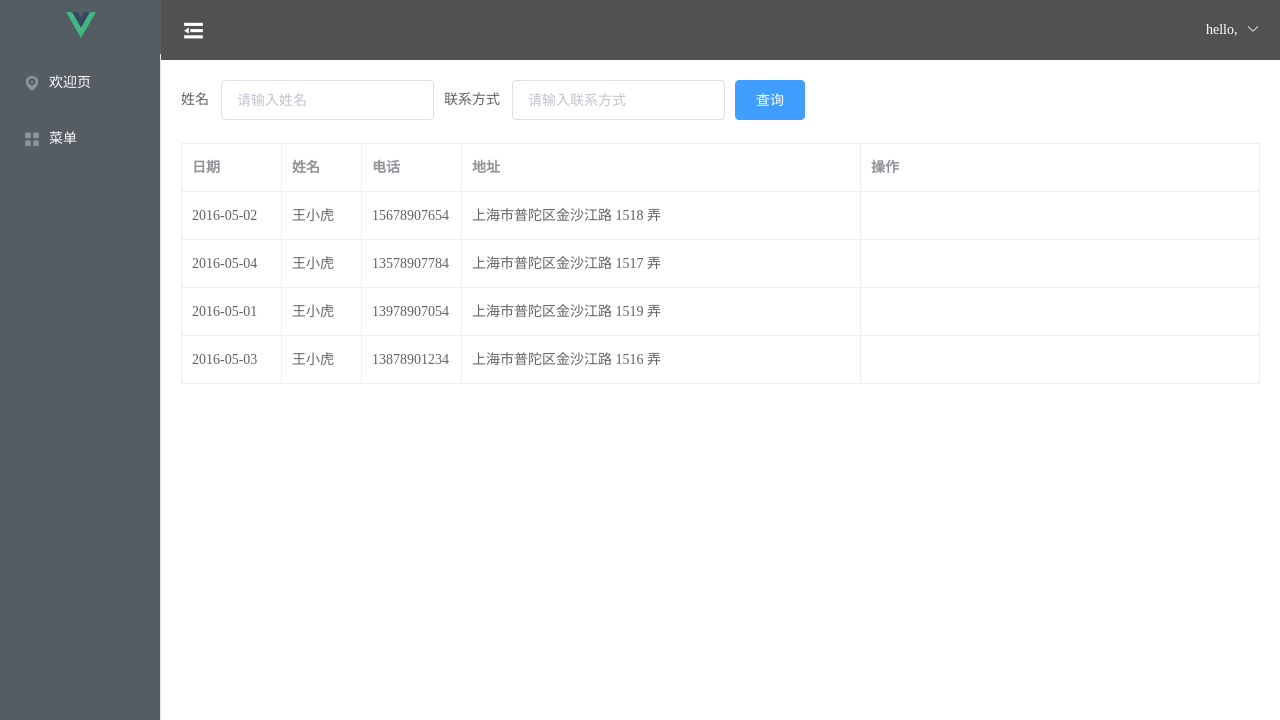
Repository: qianxuebing/admin
Page: /Layout/Table
These files come from the project's save history. The page is drawn as it stood at one moment and after the next save; the edit follows.
The browser window is 1280 px wide. The pictures show the whole page.
The project was rebuilt for these pictures with package versions that can differ from the ones it lists, and the page was loaded fresh each time. Also part of the build but not shown: src/views/login/Login.vue. Imported but missing from the stored project, and not drawn on this page: src/views/home/Home.

Above is the page before, as saved 2019-12-10 14:43:47.

### src/main.js
// The Vue build version to load with the `import` command
// (runtime-only or standalone) has been set in webpack.base.conf with an alias.
import Vue from 'vue'
import App from './App'
import router from './router'
import ElementUI from 'element-ui'
import 'element-ui/lib/theme-chalk/index.css'
import store from './store/index'

Vue.use(ElementUI)

Vue.config.productionTip = false

/* eslint-disable no-new */
new Vue({
  el: '#app',
  router,
  store,
  components: { App },
  template: '<App/>'
})

### src/App.vue
<template>
  <div id="app">
    <router-view/>
  </div>
</template>

<script>
export default {
  name: 'App'
}
</script>

<style>
html,body {
  height: 100%;
  overflow: hidden;
  margin: 0;
  padding: 0;
}
  #app {
    height: 100%;
  }
</style>

### src/router/index.js
import Vue from 'vue'
import Router from 'vue-router'
import Login from '@/views/login/Login'
import Layout from '@/views/layout/Layout'
import Home from '@/views/home/Home'
import Table from '@/views/table/Table'

Vue.use(Router)

export default new Router({
  mode: 'history',
  routes: [
    {
      path: '/',
      name: 'Login',
      component: Login
    },
    {
      path: '/Layout',
      component: Layout,
      children: [
        {
          path: '/',
          name: 'Home',
          component: Home
        },
        {
          path: '/Layout/Table',
          name: 'Table',
          component: Table
        }
      ]
    }
  ]
})

### src/store/index.js
import Vue from 'vue'
import Vuex from 'vuex'

Vue.use(Vuex)

const store = new Vuex.Store({
  state: {
    isActive: false,
    loginForm: {
      name: '',
      pass: ''
    }
  },
  getters: {

  },
  mutations: {
    TOGGLE_SIDEBAR (state) {
      state.isActive = !state.isActive
    },
    LOGIN (state, loginForm) {
      state.loginForm = loginForm
    }
  },
  actions: {
    toggleSideBar ({commit}) {
      commit('TOGGLE_SIDEBAR')
    },
    login (context, loginForm) {
      context.commit('LOGIN', loginForm)
    }
  }
})

export default store

### src/views/layout/Layout.vue
<template>
  <el-container class="container">
      <side-bar></side-bar>
      <el-container>
          <el-header class="header">
            <nav-bar></nav-bar>
          </el-header>
          <el-main>
            <router-view></router-view>
          </el-main>
      </el-container>
  </el-container>
</template>

<script>
import SideBar from '../../components/SideBar'
import NavBar from '../../components/NavBar'
export default {
  components: {
    SideBar,
    NavBar
  }
}
</script>

<style>
  .container{
    height: 100%;
  }
  .header{
    background: rgb(82, 81, 81);
    color: #fff;
  }
</style>

### src/views/table/Table.vue
<template>
  <div>
    <el-form :inline="true" :model="formInline">
      <el-form-item label="姓名">
         <el-input v-model="formInline.name" placeholder="请输入姓名"></el-input>
      </el-form-item>
      <el-form-item label="联系方式">
         <el-input v-model="formInline.telephone" placeholder="请输入联系方式"></el-input>
      </el-form-item>
      <el-form-item>
        <el-button type="primary" @click="onSearch">查询</el-button>
      </el-form-item>
    </el-form>
    <el-table :data="tableData" style="width: 100%" border>
      <el-table-column
        prop="date"
        label="日期"
        width="100">
      </el-table-column>
      <el-table-column
        prop="name"
        label="姓名"
        width="80">
      </el-table-column>
      <el-table-column
        prop="tel"
        label="电话"
        width="100">
      </el-table-column>
      <el-table-column
        prop="address"
        label="地址">
      </el-table-column>
       <el-table-column
        prop="operation"
        label="操作">
        <template slot-scope="scope">
          <!-- <el-button @click="handleClick(scope.row)" type="primary" size="small">编辑</el-button>
          <el-button @click="handleClick(scope.row)" type="text" size="small">删除</el-button> -->
        </template>
      </el-table-column>
    </el-table>
  </div>
</template>

<script>
import tableData from './tableData.js'
export default {
  data () {
    return {
      tableData: tableData,
      formInline: {
        name: '',
        telephone: ''
      }
    }
  },
  methods: {
    onSearch () {
      if (this.formInline.name === '' && this.formInline.telephone === '') {
        this.$message({
          message: '请输入查询条件',
          type: 'error'
        })
        return false
      } else {
        this.$message({
          message: '查询成功',
          type: 'success'
        })
      }
    }
  }
}
</script>

<style>

</style>

### src/components/SideBar.vue
<template>
<div class="side-bar">
  <div style="text-align: center">
    <el-image
      style="width: 30px; height: 30px"
      :src="logo"
      fit>
    </el-image>
  </div>
  <el-menu router :default-active="$route.path" class="el-menu-vertical-demo menu" :collapse="isActive" background-color="#545c64" text-color="#fff"  acitve-background-color="#001528" active-text-color="#ffd04b">
    <template v-for="item in sideBarData">
      <el-menu-item :index="item.path" :key="item.id">
        <i :class="item.icon"></i>
        <span slot="title">{{ item.title }}</span>
      </el-menu-item>
    </template>
  </el-menu>
</div>
</template>

<script>
import { mapState } from 'vuex'
import sideBarData from './mock.js'
import logo from '@/assets/logo.png'
export default {
  data () {
    return {
      sideBarData: sideBarData,
      logo: logo
    }
  },
  computed: {
    ...mapState(['isActive'])
  }
}
</script>

<style>
  .menu {
    height: 100%;
    overflow: auto;
    border: 0;
  }
  .el-menu-vertical-demo:not(.el-menu--collapse) {
    width: 160px;
  }
  .side-bar{
    background-color: #545c64;
  }
  .el-image{
    margin: 10px auto;
  }
</style>

### src/components/NavBar.vue
<template>
  <div class="header-inner">
    <i class="active-btn" :class="`${isActive ? 'el-icon-s-unfold' : 'el-icon-s-fold'}`" @click="toggleSideBar" size='lage'></i>
    <el-dropdown  @command="handleCommand">
      <span class="el-dropdown-link">
        hello, {{ loginForm.name }}<i class="el-icon-arrow-down el-icon--right"></i>
      </span>
      <el-dropdown-menu slot="dropdown">
        <el-dropdown-item command="out">退出登录</el-dropdown-item>
      </el-dropdown-menu>
    </el-dropdown>
  </div>
</template>

<script>
import { mapState } from 'vuex'
export default {
  computed: {
    ...mapState(['isActive', 'loginForm'])
  },
  methods: {
    toggleSideBar () {
      this.$store.dispatch('toggleSideBar')
    },
    handleCommand (command) {
      this.$router.push({path: '/'})
      this.loginForm.name = ''
      this.loginForm.pass = ''
      this.$store.dispatch('login', this.loginForm)
    }
  }
}
</script>

<style>
  .header-inner{
    height: 60px;
    display: flex;
    justify-content: space-between;
    align-items: center;
  }
  .active-btn{
    font-size: 25px;
  }
  .header-inner .el-dropdown{
    color: #fff;
  }
</style>

### src/views/table/tableData.js
const tableData = [{
  date: '2016-05-02',
  name: '王小虎',
  tel: '15678907654',
  address: '上海市普陀区金沙江路 1518 弄'
}, {
  date: '2016-05-04',
  name: '王小虎',
  tel: '13578907784',
  address: '上海市普陀区金沙江路 1517 弄'
}, {
  date: '2016-05-01',
  name: '王小虎',
  tel: '13978907054',
  address: '上海市普陀区金沙江路 1519 弄'
}, {
  date: '2016-05-03',
  name: '王小虎',
  tel: '13878901234',
  address: '上海市普陀区金沙江路 1516 弄'
}]

export default tableData

### src/components/mock.js
const sideBarData = [
  {
    id: '01',
    path: '/layout',
    title: '欢迎页',
    icon: 'el-icon-location'
  }, {
    id: '02',
    path: '/layout/table',
    title: '菜单',
    icon: 'el-icon-menu'
  }
]

export default sideBarData

Loaded but not shown: index.html (common file)

After the next save:
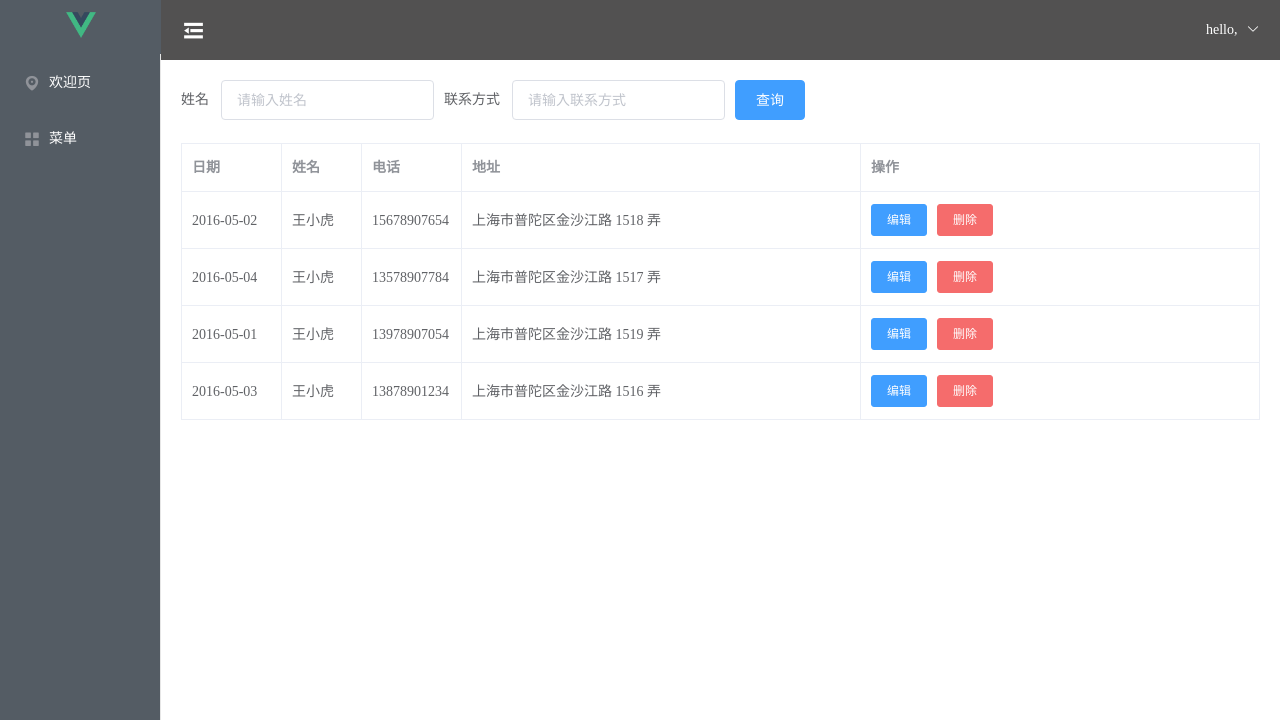
Saved 25 min 33 s later.
--- a/src/views/table/Table.vue
+++ b/src/views/table/Table.vue
@@ -35,8 +35,8 @@
         prop="operation"
         label="操作">
         <template slot-scope="scope">
-          <!-- <el-button @click="handleClick(scope.row)" type="primary" size="small">编辑</el-button>
-          <el-button @click="handleClick(scope.row)" type="text" size="small">删除</el-button> -->
+          <el-button @click="handleEdit(scope.row)" type="primary" size="small">编辑</el-button>
+          <el-button @click="handleDelete(scope.row)" type="danger" size="small">删除</el-button>
         </template>
       </el-table-column>
     </el-table>
@@ -69,6 +69,12 @@ export default {
           type: 'success'
         })
       }
+    },
+    handleEdit (row) {
+
+    },
+    handleDelete (row) {
+
     }
   }
 }
